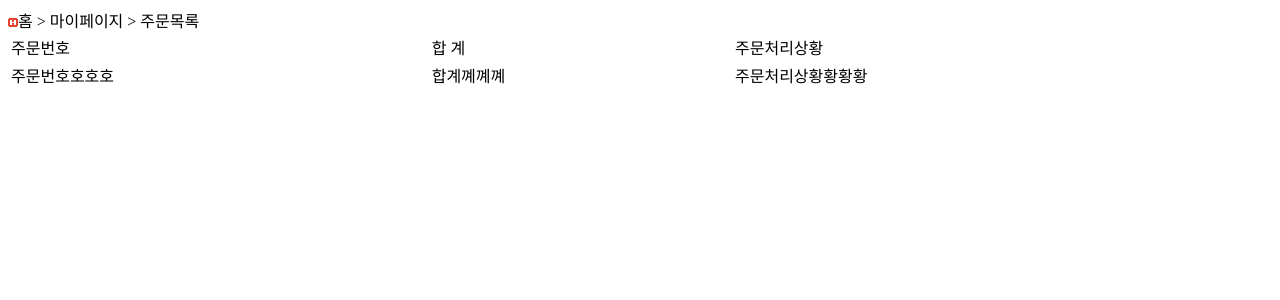
Repository: heeya90/ProjectShoppingMall
Page: http://localhost/ProjectShoppingMall/mypage/mypage_orderlist.jsp
These files come from the project's save history. The page is drawn as it stood at one moment and after the next save; the edit follows.
The browser window is 1280 px wide. The pictures show the whole page.
The page is served by Tomcat 9.

Above is the page before, as saved 2012-07-30 09:07:56.

### ProjectShoppingMall/WebContent/mypage/mypage_orderlist.jsp
<%@ page language="java" contentType="text/html; charset=EUC-KR"
    pageEncoding="EUC-KR"%>

	<div class="sub_loca">
		<img src="./img/icon_home.gif" alt="현재위치" />홈 > 마이페이지 > 주문목록
	</div>

	<table class="jw_normal_table" style="align:center; width:100%">
		<tr>
			<td class="jw_theader">
				<label>주문번호</label></td>
			<td class="jw_theader">
				<label>합  계</label></td>
			<td class="jw_theader">
				<label>주문처리상황</label></td>
		</tr>
		<tr>
			<td class="jw_td_center">
				<label>주문번호호호호</label></td>
			<td class="jw_td_center">
				<label>합계꼐꼐꼐</label></td>
			<td class="jw_td_center">
				<label>주문처리상황황황황</label></td>
		</tr>
	</table>

After the next save:
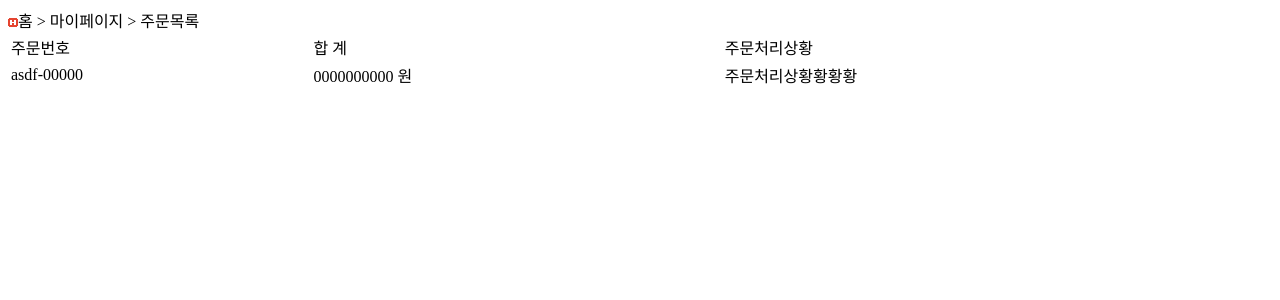
Saved 99 s later.
--- a/ProjectShoppingMall/WebContent/mypage/mypage_orderlist.jsp
+++ b/ProjectShoppingMall/WebContent/mypage/mypage_orderlist.jsp
@@ -8,17 +8,20 @@
 	<table class="jw_normal_table" style="align:center; width:100%">
 		<tr>
 			<td class="jw_theader">
-				<label>주문번호</label></td>
+				<label class="jw_lbl_title">주문번호</label></td>
 			<td class="jw_theader">
-				<label>합  계</label></td>
+				<label class="jw_lbl_title">합  계</label></td>
 			<td class="jw_theader">
-				<label>주문처리상황</label></td>
+				<label class="jw_lbl_title">주문처리상황</label></td>
 		</tr>
+
 		<tr>
 			<td class="jw_td_center">
-				<label>주문번호호호호</label></td>
+				<label>asdf-00000</label></td>
 			<td class="jw_td_center">
-				<label>합계꼐꼐꼐</label></td>
+				<label>0000000000</label>
+				<label>원</label>
+				</td>
 			<td class="jw_td_center">
 				<label>주문처리상황황황황</label></td>
 		</tr>
